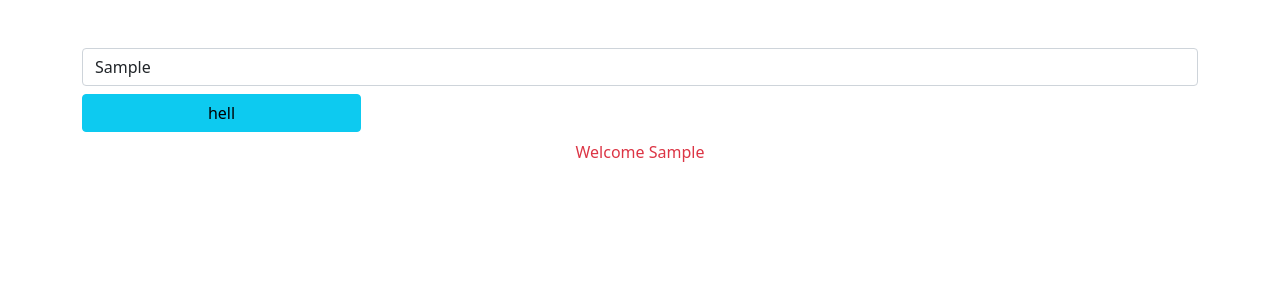
Repository: Ahmedalid/testing
Page: test.html
These files come from the project's save history. The page is drawn as it stood at one moment and after the next save; the edit follows.
The browser window is 1280 px wide. The pictures show the whole page.
Empty fields were first filled with sample values (such as "Sample", 5 or name@example.com).
After loading, the first visible `button.btn` was clicked once.

Above is the page before, as saved 2023-06-24 17:15:59.

### test.html
<!DOCTYPE html>
<html lang="en">
<head>
    <meta charset="UTF-8">
    <meta name="viewport" content="width=device-width, initial-scale=1.0">
    <link rel="stylesheet" href="bootstrap.min.css">
    <title>Document</title>
</head>
<body>

    <!-- ##################1  -->
  <!-- <div class="container">
    <div class="row" id="my-row">

    </div>

  </div> -->
  <!-- ################### -->
  <!-- 2 -->
  <!-- <input type="text" class="form-control w-100" name="" id="user">
  <button class="btn " onclick="say()">say</button> -->
  <!-- 3 -->

  <div class="container">
    <div class="row py-5" id="my-row">
        <div>
            <input type="text" class="form-control" id="userNamInp" name="" id="">
            <button class="btn btn-info my-2 w-25" onclick="sayhello()">hell</button>
        </div>
        <div id="print" class="text-center"></div>
    </div>
  </div>

    <script src="bootstrap.bundle.min.js"></script>
    <script src="min.js"></script>

</body>
</html>

### min.js
// var x = Number( prompt("plz enter your number"))
// var y = Number( prompt("plz enter your Year"))
// var r = x + y
// console.log(r)


// var user = window.prompt("plz enter your username")

// if(user == "Admin"){
//     console.log("You Can add , Delete , edit , list");
// }
// else if(user == "Editor"){
//     console.log("You Can add  , list");
// }
// else if(user == "Viwer"){
//     console.log("You Can    list");
// }
// else {
//     console.log("Sorry");
// }

// var grade = window.prompt("plz enter grade")
// if (grade>0 && grade<= 100){
//     if(grade >= 85 && grade <=100){
//         console.log("A")
//     }
//      else if(grade >= 75 && grade <85){
//         console.log("B")
//     }
//      else if(grade >= 65 && grade <75){
//         console.log("C")
//     }
//      else if(grade >= 50 && grade <65){
//         console.log("D")
//     }else{
//         console.log("faill")
//     }
// }
// else{
//     console.log("FAIL")
// }

// ################################################
// var empty = ``
// for (var i = 0; i <100 ; i++){
//     empty += `
//     <div class="col-md-4">
//     <div class="bg-info">
//         <img src="2 (1).jpg" alt="" class="w-100">
//         <h1>ahmed Walid</h1>
//         <p>Lorem ipsum dolor sit amet consectetur adipisicing elit. Accusantium, architecto!</p>

//     </div>
// </div>
//     `
// }
// document.getElementById("my-row").innerHTML = empty
// ######################################
// for ( ; ; ){
//     console.log("ahmed")
// }
// ######################################
// 2
// var user = document.getElementById("user")
// function say(){
//     console.log(user.value)
// }
// 3
function sayhello(){
    var userNamInp = document.getElementById("userNamInp").value

    document.getElementById("print").innerHTML=
    `<span class="text-danger">Welcome ${userNamInp}</span>`
}

Loaded but not shown: bootstrap.min.css (library); bootstrap.bundle.min.js (library)

After the next save:
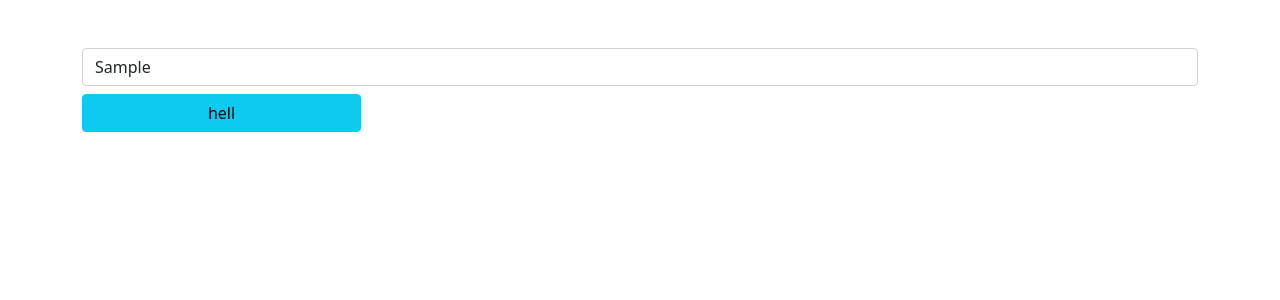
Console error: ReferenceError: sayhello is not defined
Saved 22 min 21 s later.
--- a/min.js
+++ b/min.js
@@ -66,9 +66,9 @@
 //     console.log(user.value)
 // }
 // 3
-function sayhello(){
-    var userNamInp = document.getElementById("userNamInp").value
+// function sayhello(){
+//     var userNamInp = document.getElementById("userNamInp").value
 
-    document.getElementById("print").innerHTML=
-    `<span class="text-danger">Welcome ${userNamInp}</span>`
-}
+//     document.getElementById("print").innerHTML=
+//     `<span class="text-danger">Welcome ${userNamInp}</span>`
+// }
